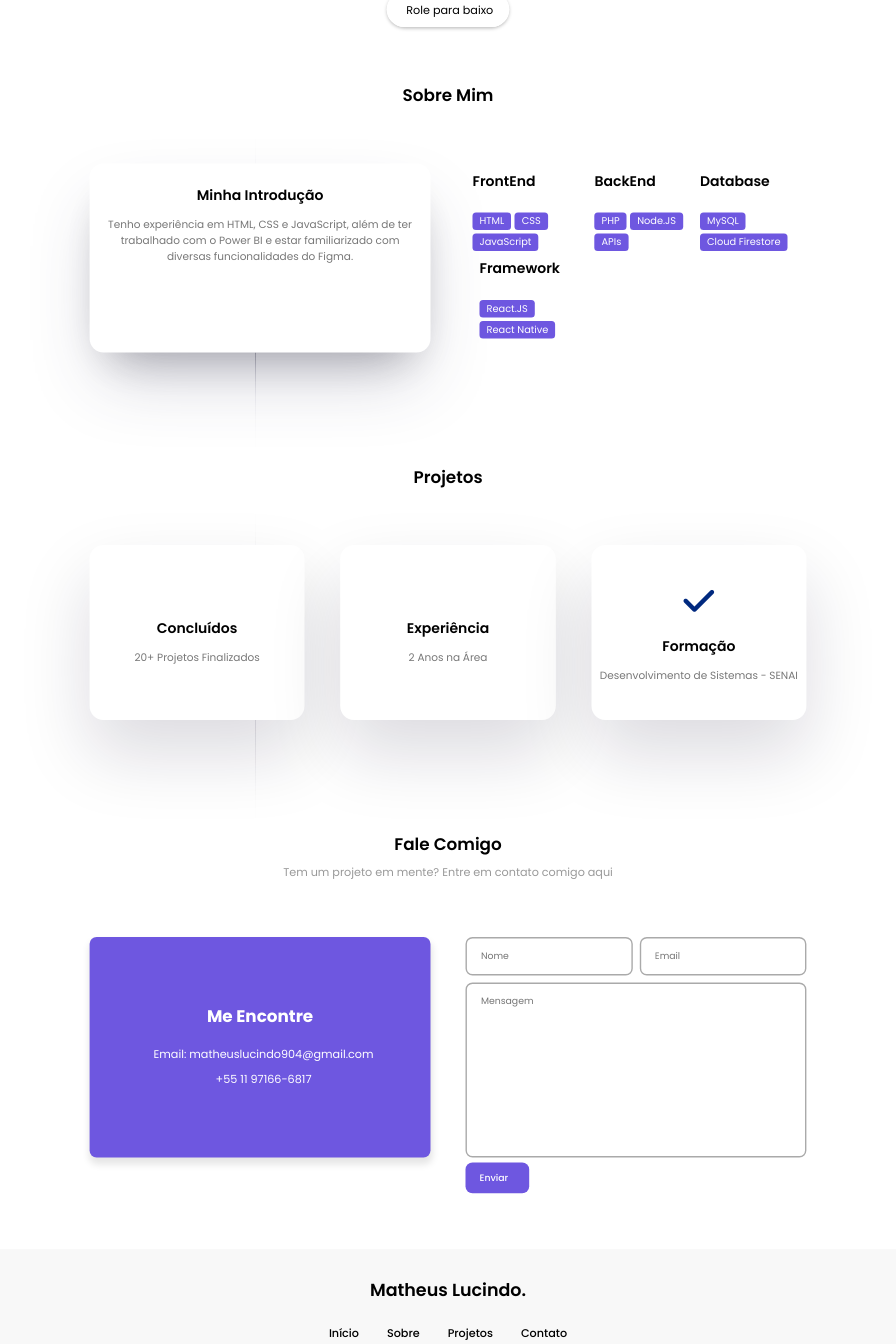
Repository: Matheus904-12/Potif-lioPremium
Page: index.html
The author's editor kept a copy of each file at every save. The page is drawn from the files as they stood at one save, then again after the next save.
The browser window is 1280 px wide. The pictures show the part of the page from y = 682 to 2602 px (the page is 2790 px tall before and 2734 px after), at 70% of full size.
Some icons come from a web library that is not loaded, so they are not drawn. Some web libraries are served in a nearby version.

Above is the page before, as saved 2025-02-02 13:52:09.

### index.html
<!DOCTYPE html>
<html lang="pt-br">

<head>
    <meta charset="UTF-8">
    <meta name="viewport" content="width=device-width, initial-scale=1.0">

    <!-- UNICONS -->
    <link rel="stylesheet" href="https://unicons.iconscout.com/release/v4.0.8/css/line.css">
    <!-- CSS -->
    <link rel="stylesheet" href="/CSS/style.css">
    <!-- Add favicon -->
    <link rel="shortcut icon" href="IMAGE/eu4.png" type="image/x-icon">
    <link rel='stylesheet' href='https://cdn-uicons.flaticon.com/2.6.0/uicons-bold-rounded/css/uicons-bold-rounded.css'>
    <script src="https://kit.fontawesome.com/fd29053194.js" crossorigin="anonymous"></script>

    <title>Portfolio | Matheus Lucindo</title>
</head>

<body>
    <div class="container">
        <!-- --------------- CABEÇALHO --------------- -->
        <nav id="header">
            <div class="nav-logo">
                <p class="nav-name">Lucindo</p>
                <span>.</span>
            </div>
            <div class="nav-menu" id="myNavMenu">
                <ul class="nav_menu_list">
                    <li class="nav_list">
                        <a href="#home" class="nav-link active-link">Início</a>
                        <div class="circle"></div>
                    </li>
                    <li class="nav_list">
                        <a href="#about" class="nav-link">Sobre</a>
                        <div class="circle"></div>
                    </li>
                    <li class="nav_list">
                        <a href="#projects" class="nav-link">Projetos</a>
                        <div class="circle"></div>
                    </li>
                    <li class="nav_list">
                        <a href="#contact" class="nav-link">Contato</a>
                        <div class="circle"></div>
                    </li>
                </ul>
            </div>
            <div class="nav-menu-btn">
                <i class="fi fi-br-bars-staggered" onclick="myMenuFunction()"></i>
            </div>
        </nav>


        <!-- -------------- PRINCIPAL ---------------- -->
        <main class="wrapper">
            <!-- -------------- DESTAQUE ---------------- -->
            <section class="featured-box" id="home">
                <div class="featured-text">
                    <div class="featured-text-card">
                        <span>Matheus Lucindo</span>
                    </div>
                    <div class="featured-name">
                        <p>Eu sou <span class="typedText"></span></p>
                    </div>
                    <div class="featured-text-info">
                        <p>Desenvolvedor Web experiente com paixão por criar sites e apps visualmente
                            impressionantes e fáceis de usar.
                        </p>
                    </div>
                    <div class="social_icons">
                        <a href="https://www.instagram.com/matheus_lucindo/" target="_blank" class="icon"><i
                                class="uil uil-instagram"></i></a>
                        <a href="https://www.linkedin.com/in/matheus-lucindo-b35b68190/" target="_blank" class="icon"><i
                                class="uil uil-linkedin-alt"></i></a>
                        <a href="/PDF/CSV de Matheus Lucindo dos Santos.pdf"
                            download="Currículo de Matheus Lucindo dos Santos.pdf" class="icon"
                            title="Baixar Currículo">
                            <i class="fa-solid fa-file-csv" style="color: #6e57e0;"></i></a>
                        <a href="https://github.com/Matheus904-12" target="_blank" class="icon"><i
                                class="uil uil-github-alt"></i></a>

                    </div>
                </div>
                <div class="featured-image">
                    <div class="image">
                        <img src="/IMAGE/eu.png" alt="avatar">
                    </div>
                </div>
                <div class="scroll-icon-box">
                    <a href="#about" class="scroll-btn">
                        <i class="uil uil-mouse-alt"></i>
                        <p>Role para baixo</p>
                    </a>
                </div>

            </section>
            <!-- -------------- SOBRE ---------------- -->
            <section class="section" id="about">
                <div class="top-header">
                    <h1>Sobre Mim</h1>
                </div>
                <div class="row">
                    <div class="col">
                        <div class="about-info">
                            <h3>Minha Introdução</h3>
                            <p>
                            <p>Tenho experiência em HTML, CSS e JavaScript, além de ter trabalhado com o Power BI e
                                estar familiarizado com diversas funcionalidades do Figma.</p>
                            </p>

                        </div>
                    </div>
                    <div class="col">
                        <div class="skills-box">
                            <div class="skills-header">
                                <h3>FrontEnd</h3>
                            </div>
                            <div class="skills-list">
                                <span>HTML</span>
                                <span>CSS</span>
                                <span>JavaScript</span>
                            </div>
                            <div class="skills-box">
                                <div class="skills-header">
                                    <h3>Framework</h3>
                                </div>
                                <div class="skills-list">
                                    <span>React.JS</span>
                                    <span>React Native</span>
                                </div>
                            </div>
                        </div>
                        <div class="skills-box">
                            <div class="skills-header">
                                <h3>BackEnd</h3>
                            </div>
                            <div class="skills-list">
                                <span>PHP</span>
                                <span>Node.JS</span>
                                <span>APIs</span>
                            </div>
                        </div>
                        <div class="skills-box">
                            <div class="skills-header">
                                <h3>Database</h3>
                            </div>
                            <div class="skills-list">
                                <span>MySQL</span>
                                <span>Cloud Firestore</span>
                            </div>
                        </div>

                    </div>
                </div>
            </section>

            <!-- -------------- PROJETOS ---------------- -->

            <section class="section" id="projects">
                <div class="top-header">
                    <h1>Projetos</h1>
                </div>
                <div class="project-container">
                    <div class="project-box">
                        <i class="uil uil-briefcase-alt"></i>
                        <h3>Concluídos</h3>
                        <label>20+ Projetos Finalizados</label>
                    </div>
                    <div class="project-box">
                        <i class="uil uil-award"></i>
                        <h3>Experiência</h3>
                        <label>2 Anos na Área</label>
                    </div>
                    <div class="project-box">
                        <i class="fa-solid fa-check"></i>
                        <h3>Formação</h3>
                        <label>Desenvolvimento de Sistemas - SENAI</label>
                    </div>
                </div>
            </section>

            <!-- -------------- CONTATO ---------------- -->

            <section class="section" id="contact">
                <div class="top-header">
                    <h1>Fale Comigo</h1>
                    <span>Tem um projeto em mente? Entre em contato comigo aqui</span>
                </div>
                <div class="row">
                    <div class="col">
                        <div class="contact-info">
                            <h2>Me Encontre <i class="uil uil-corner-right-down"></i></h2>
                            <p><i class="uil uil-envelope"></i> Email: matheuslucindo904@gmail.com</p>
                            <p><i class="uil uil-phone"></i> +55 11 97166-6817</p>
                        </div>
                    </div>
                    <div class="col">
                        <div class="form-control">
                            <form id="contactForm" action="https://api.web3forms.com/submit" method="POST">
                                <!-- Web3Forms Access Key -->
                                <input type="hidden" name="access_key" value="6fcc2d3d-5e0e-45d1-8796-744e52a1c64b" />
                                <!-- Redirecionamento desabilitado -->
                                <input type="hidden" name="redirect" value="">

                                <div class="form-inputs">
                                    <input type="text" name="name" class="input-field" placeholder="Nome" required />
                                    <input type="email" name="email" class="input-field" placeholder="Email" required />
                                </div>
                                <div class="text-area">
                                    <textarea name="message" placeholder="Mensagem" required></textarea>
                                </div>
                                <div class="form-button">
                                    <button type="submit" class="btn" id="submitButton">
                                        Enviar <i class="uil uil-message"></i>
                                    </button>
                                </div>
                                <p id="responseMessage" class="hidden"></p>
                            </form>
                        </div>
                    </div>
                </div>
            </section>


        </main>


        <!-- --------------- RODAPÉ --------------- -->
        <footer>
            <div class="top-footer">
                <p>Matheus Lucindo.</p>
            </div>
            <div class="middle-footer">
                <ul class="footer-menu">
                    <li class="footer_menu_list">
                        <a href="#home">Início</a>
                    </li>
                    <li class="footer_menu_list">
                        <a href="#about">Sobre</a>
                    </li>
                    <li class="footer_menu_list">
                        <a href="#projects">Projetos</a>
                    </li>
                    <li class="footer_menu_list">
                        <a href="#contact">Contato</a>
                    </li>
                </ul>
            </div>
            <div class="footer-social-icons">
                <div class="icon"><a href="https://www.instagram.com/matheus_lucindo/" target="_blank"><i
                            class="uil uil-instagram"></i></a></div>
                <div class="icon"><a href="https://www.linkedin.com/in/matheus-lucindo-b35b68190/" target="_blank"><i
                            class="uil uil-linkedin-alt"></i></a></div>
                <div class="icon"><a href="/PDF/CSV de Matheus Lucindo dos Santos.pdf"
                        download="Currículo de Matheus Lucindo dos Santos.pdf" title="Baixar Currículo">
                        <i class="fa-solid fa-file-csv" style="color: #493f7c;"></i></a></div>
                <div class="icon"><a href="https://github.com/Matheus904-12" target="_blank"><i
                            class="uil uil-github-alt"></i></a></div>

            </div>
            <div class="bottom-footer">
                <p>Direitos Autorais &copy; <a href="#home" style="text-decoration: none;">Matheus Lucindo</a> - Todos
                    os direitos
                    reservados
                </p>
            </div>
        </footer>

    </div>

    <!-- ----- TYPING JS Link ----- -->
    <script src="https://unpkg.com/typed.js@2.0.16/dist/typed.umd.js"></script>

    <!-- ----- SCROLL REVEAL JS Link ----- -->
    <script src="https://unpkg.com/scrollreveal"></script>

    <!-- ----- JS ----- -->
    <script src="/JS/script.js"></script>
    <script src="/JS/enviar.js"></script>
</body>

</html>

Loaded but not shown: JS/script.js (117 lines, source omitted); JS/enviar.js (39 lines, source omitted); CSS/style.css (839 lines, source omitted)

After the next save:
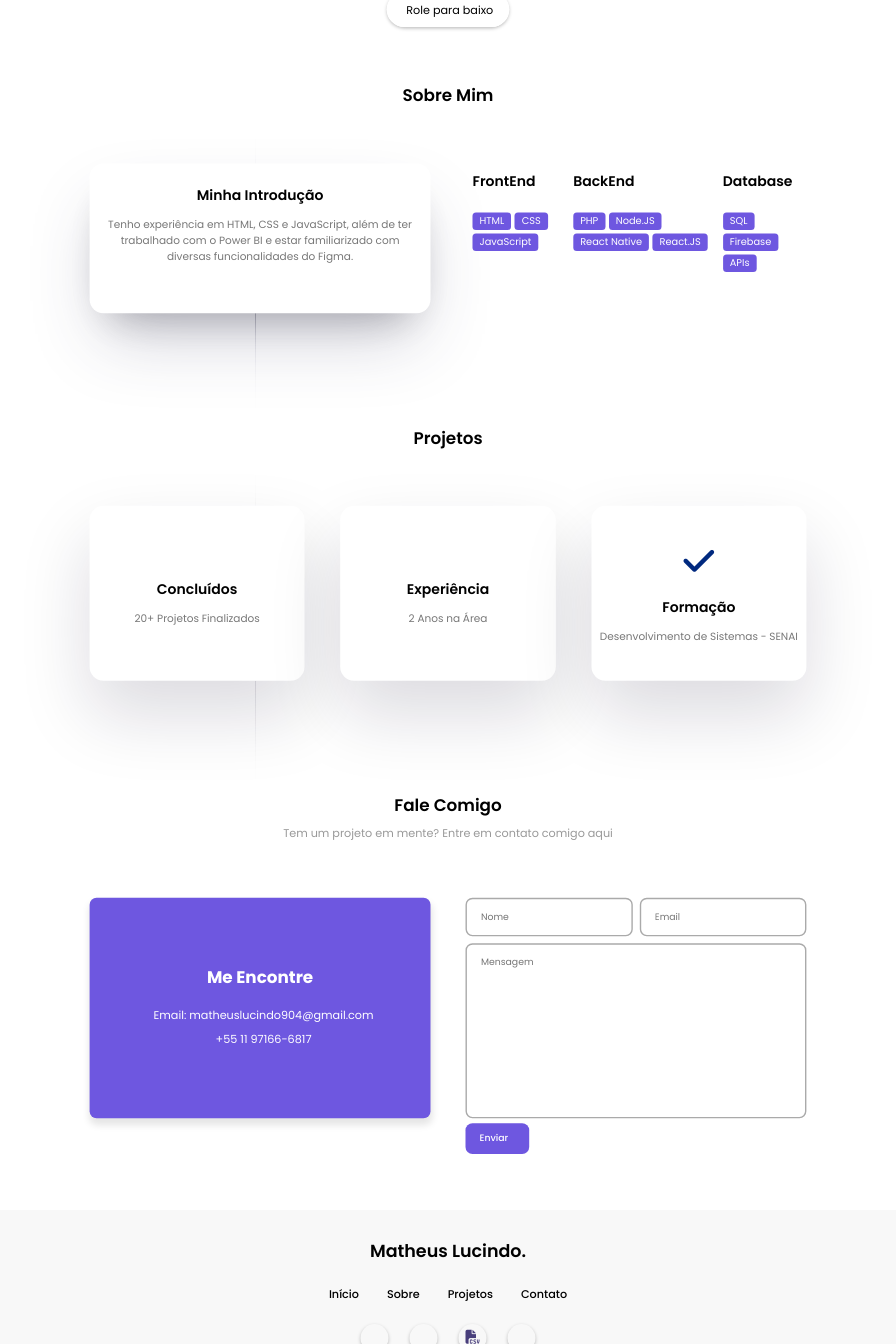
Saved 61 s later.
--- a/index.html
+++ b/index.html
@@ -120,15 +120,6 @@
                                 <span>CSS</span>
                                 <span>JavaScript</span>
                             </div>
-                            <div class="skills-box">
-                                <div class="skills-header">
-                                    <h3>Framework</h3>
-                                </div>
-                                <div class="skills-list">
-                                    <span>React.JS</span>
-                                    <span>React Native</span>
-                                </div>
-                            </div>
                         </div>
                         <div class="skills-box">
                             <div class="skills-header">
@@ -137,7 +128,8 @@
                             <div class="skills-list">
                                 <span>PHP</span>
                                 <span>Node.JS</span>
-                                <span>APIs</span>
+                                <span>React Native</span>
+                                <span>React.JS</span>
                             </div>
                         </div>
                         <div class="skills-box">
@@ -145,11 +137,11 @@
                                 <h3>Database</h3>
                             </div>
                             <div class="skills-list">
-                                <span>MySQL</span>
-                                <span>Cloud Firestore</span>
-                            </div>
-                        </div>
-
+                                <span>SQL</span>
+                                <span>Firebase</span>
+                                <span>APIs</span>
+                            </div>
+                        </div>
                     </div>
                 </div>
             </section>
